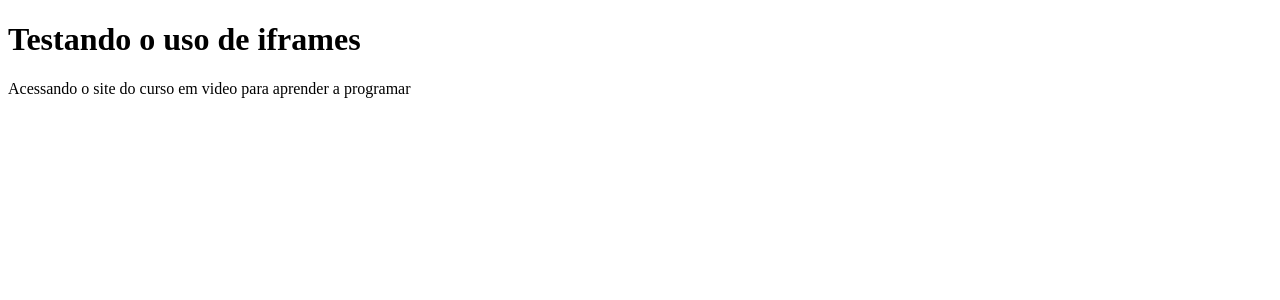
Repository: Leonngc/html-css
Page: ex024/index.html
These files come from the project's save history. The page is drawn as it stood at one moment and after a run of saves; the edit follows.
The browser window is 1280 px wide. The pictures show the whole page.

Above is the page before, as saved 2022-11-15 17:56:21.

### ex024/index.html
<!DOCTYPE html>
<html lang="pt-br">
<head>
    <meta charset="UTF-8">
    <meta http-equiv="X-UA-Compatible" content="IE=edge">
    <meta name="viewport" content="width=device-width, initial-scale=1.0">
    <title>Estudos iframe</title>
</head>
<body>
    <h1>Testando o uso de iframes</h1>
    <p>Acessando o site do curso em video para aprender a programar</p>
</body>
</html>

After the next 5 saves:
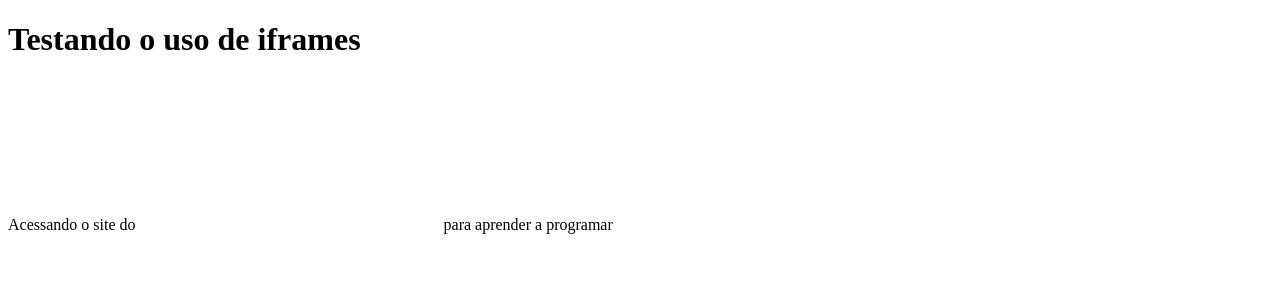
The 5 saves are shown as one change because they came seconds apart.
The last was saved 61 s later.
--- a/ex024/index.html
+++ b/ex024/index.html
@@ -8,6 +8,8 @@
 </head>
 <body>
     <h1>Testando o uso de iframes</h1>
-    <p>Acessando o site do curso em video para aprender a programar</p>
+    <p>Acessando o site do
+        <iframe src="" frameborder="0"></iframe>
+        para aprender a programar</p>
 </body>
 </html>
